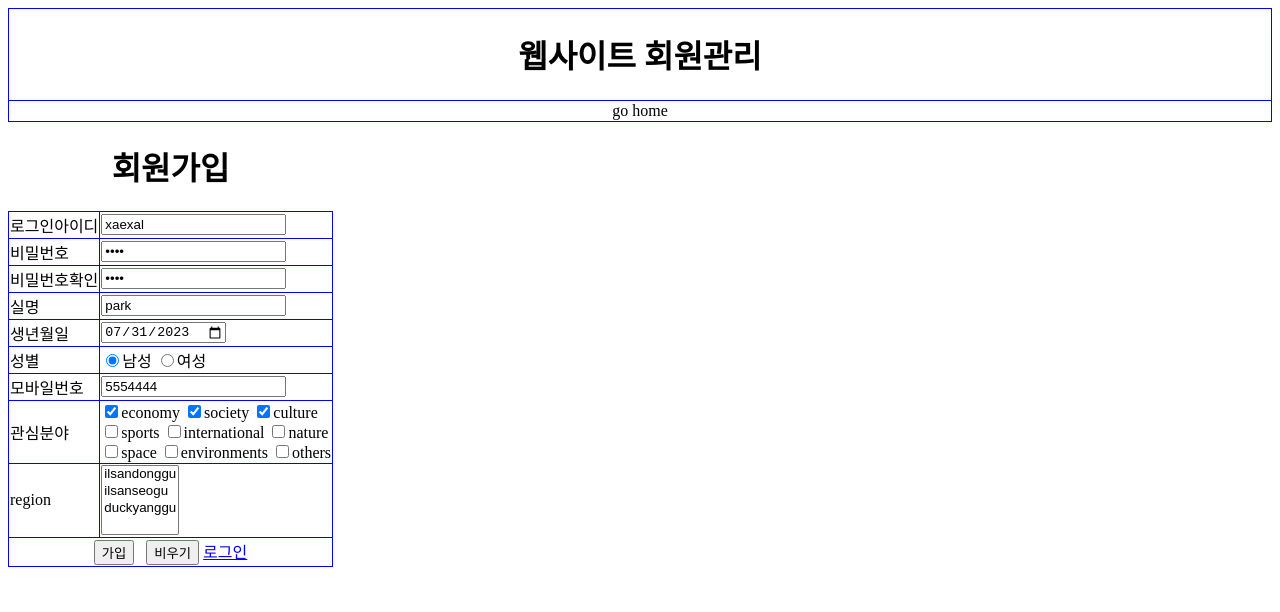
Repository: Sleepingco/HimediaJava
Page: http://localhost/HelloWorld/WEB-INF/views/member/signupREST.jsp
These files come from the project's save history. The page is drawn as it stood at one moment and after the next save; the edit follows.
The browser window is 1280 px wide. The pictures show the whole page.
The page is served by Tomcat 10. Nobody is signed in. The template is opened directly, without the code that normally fills it, so the values that code supplies are empty.

Above is the page before, as saved 2023-07-31 08:19:19.

After the next save:
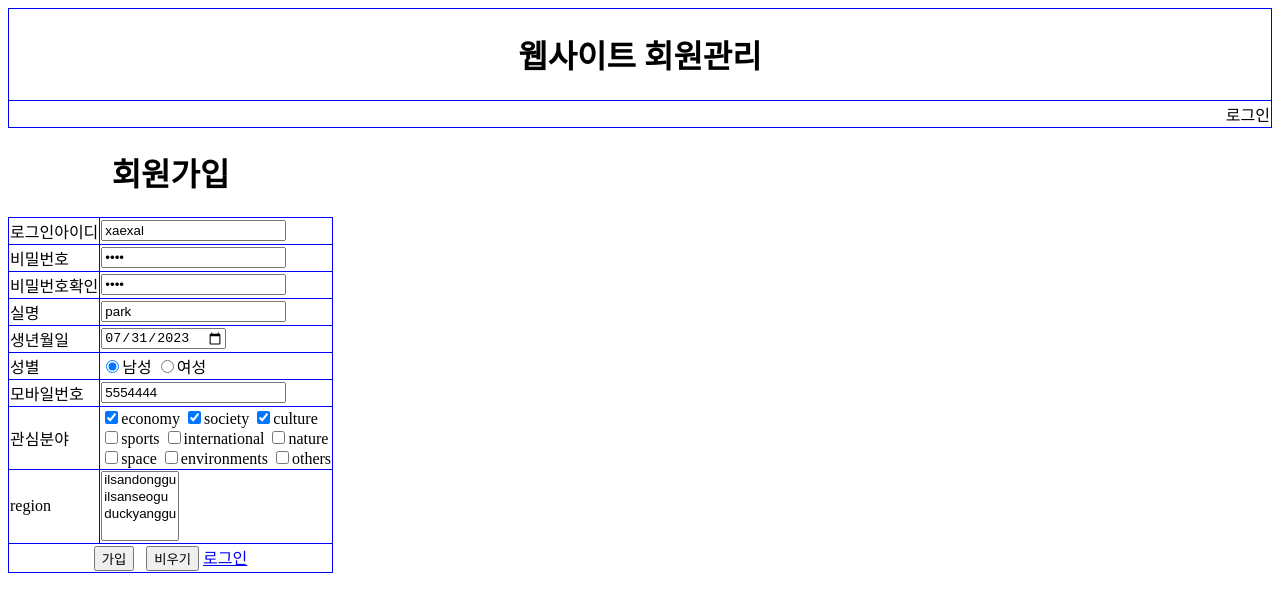
Saved 2 s later.
--- a/HelloWorld/src/main/webapp/WEB-INF/views/member/header.jsp
+++ b/HelloWorld/src/main/webapp/WEB-INF/views/member/header.jsp
@@ -14,6 +14,6 @@ td {
 	<td align=center><h1>웹사이트 회원관리</h1></td>
 </tr>
 <tr>
-	<td align=center> go home</td>
+	<td align=right>로그인</td>
 </tr>
 </table>
